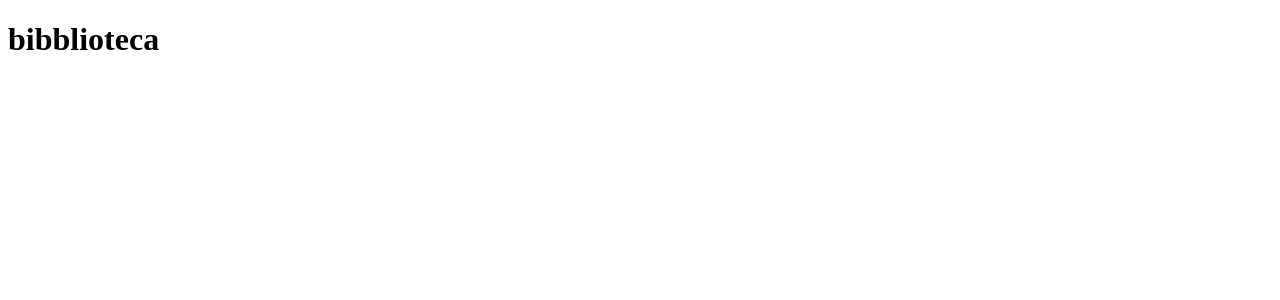
Repository: melloeduarda/html
Page: index.html
An editor plug-in stored every save of this project. The page is shown before and after the next save, followed by the edit.
The browser window is 1280 px wide. The pictures show the whole page.

Above is the page before, as saved 2026-10-28 15:08:50.

After the next save:
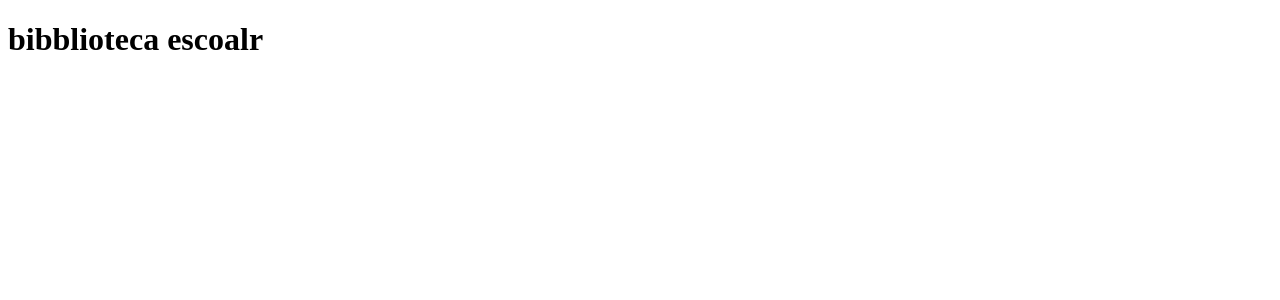
Saved 5 s later.
--- a/index.html
+++ b/index.html
@@ -9,4 +9,4 @@
     <body>
 
 <header>
-    <h1>bibblioteca
+    <h1>bibblioteca escoalr
